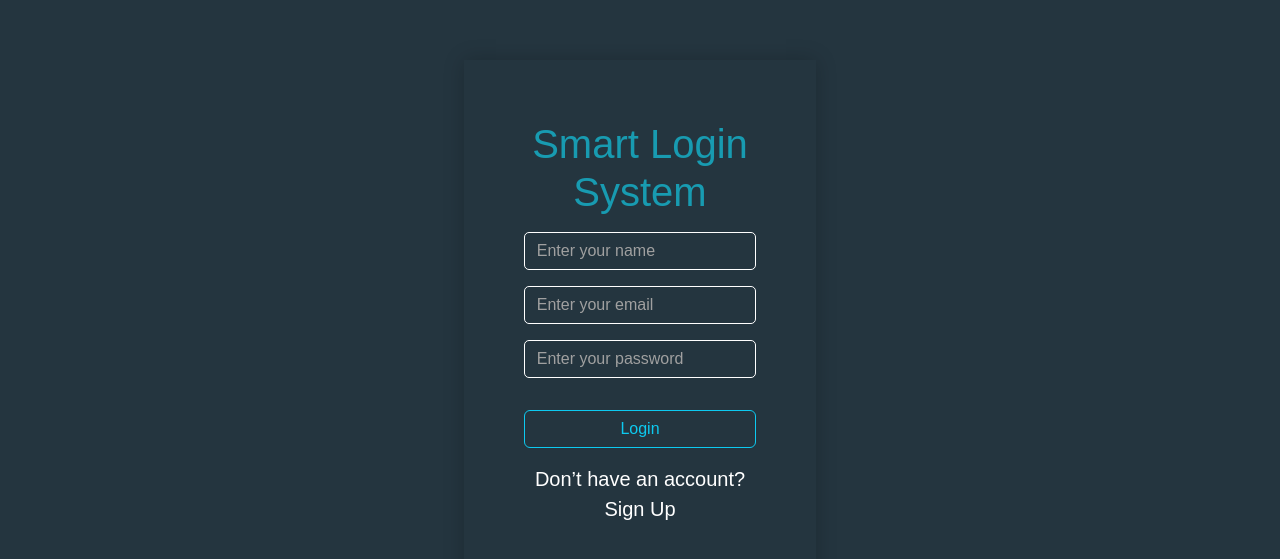
Repository: bodajava/TASK-4
Page: scoundIndex.html
These files come from the project's save history. The page is drawn as it stood at one moment and after the next save; the edit follows.
The browser window is 1280 px wide. The pictures show the whole page.

Above is the page before, as saved 2025-06-18 04:18:52.

After the next save:
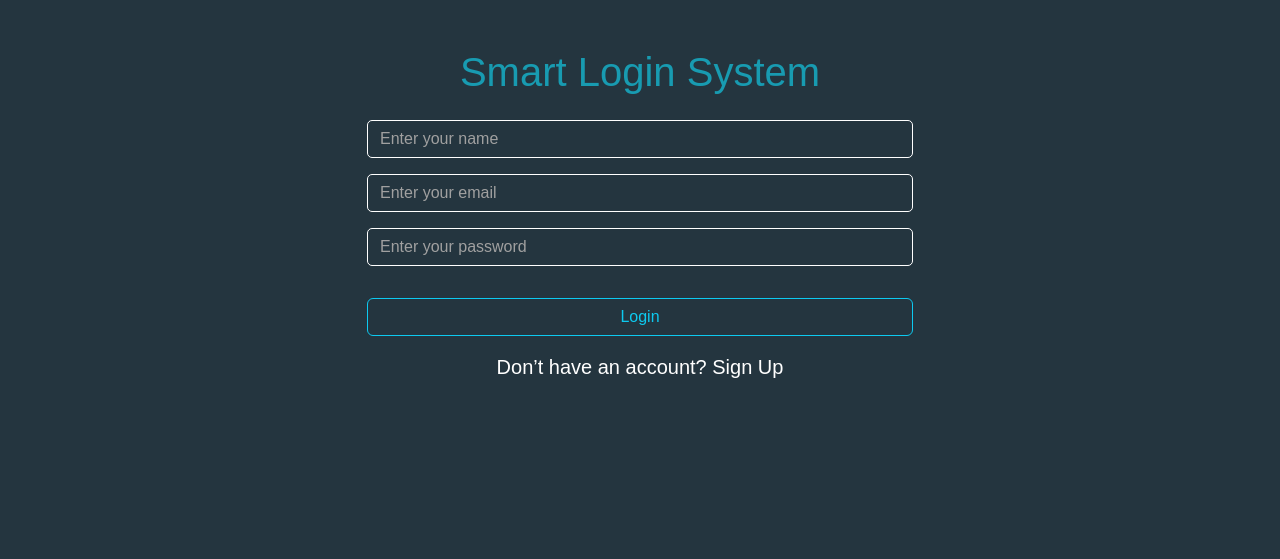
Saved 5 s later.
--- a/scoundIndex.html
+++ b/scoundIndex.html
@@ -9,32 +9,38 @@
     <title>Document</title>
   </head>
   <body>
-    <div id="item" class="container text-center">
-      <div id="item2" class="m-auto w-75">
-        <h1>Smart Login System</h1>
-        <input
-          type="text"
-          class="form-control my-3"
-          placeholder="Enter your name"
-          id="signinEmail"
-        />
-        <input
-          type="password"
-          class="form-control my-3"
-          placeholder="Enter your email"
-          id="signinPassword"
-        />
-        <input
-          type="password"
-          class="form-control my-3"
-          placeholder="Enter your password"
-          id="signinPassword"
-        />
-        <button class="btn btn-outline-info w-100 my-3">Login</button>
-        <p class="paragraph">
-          Don’t have an account?
-          <a class="anchor" href="index.html">Sign Up</a>
-        </p>
+    <div class="container text-center mt-5">
+      <div class="row justify-content-center">
+        <div class="col-12 col-md-6">
+          <h1 class="mb-4">Smart Login System</h1>
+          <form>
+            <input
+              type="text"
+              class="form-control my-3"
+              placeholder="Enter your name"
+              id="signinName"
+            />
+            <input
+              type="email"
+              class="form-control my-3"
+              placeholder="Enter your email"
+              id="signinEmail"
+            />
+            <input
+              type="password"
+              class="form-control my-3"
+              placeholder="Enter your password"
+              id="signinPassword"
+            />
+            <button type="submit" class="btn btn-outline-info w-100 my-3">
+              Login
+            </button>
+          </form>
+          <p class="paragraph">
+            Don’t have an account?
+            <a class="anchor" href="signup.html">Sign Up</a>
+          </p>
+        </div>
       </div>
     </div>
     <script src="js/bootstrap.bundle.min.js"></script>
